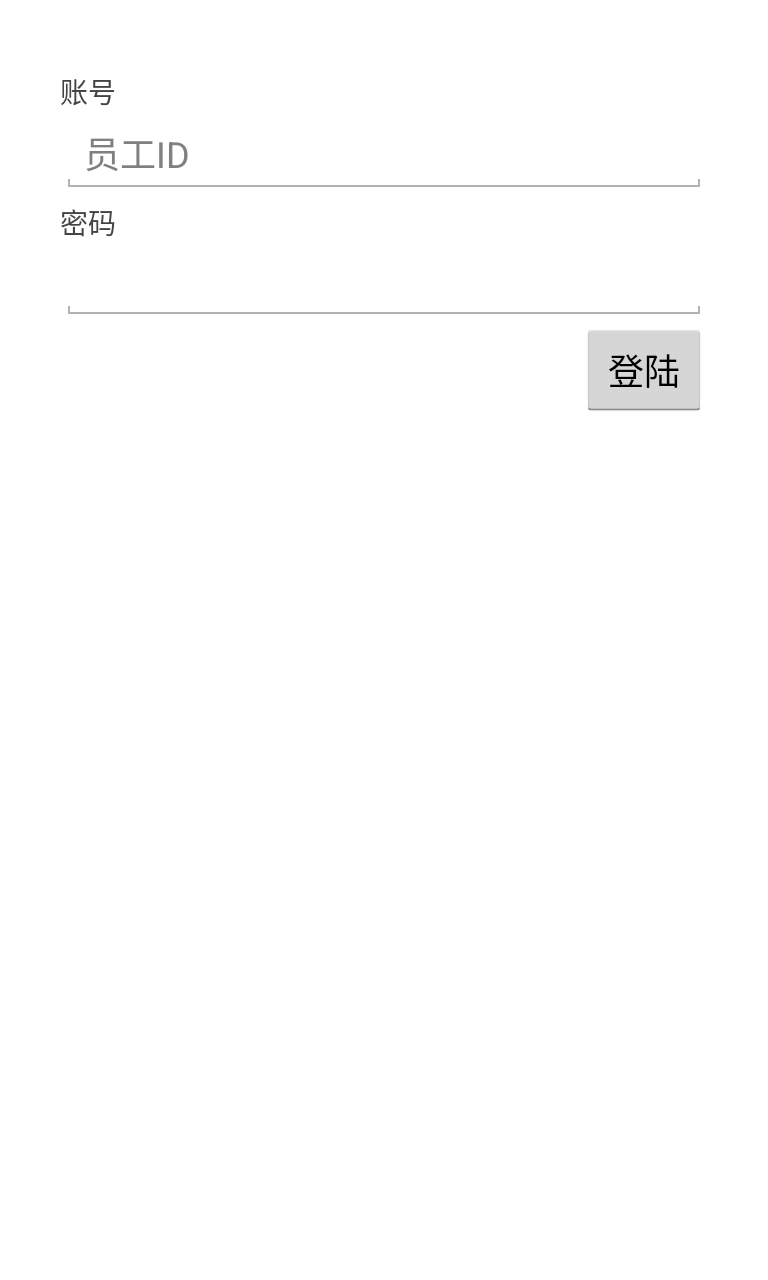
Repository: berserklee/android_dev
Layout: TourGuidesAssist/res/layout/login_activity_layout.xml
An editor plug-in stored every save of this project. The layout is shown before and after the next save, followed by the edit.
It is drawn on a 768 x 1280 px phone screen (xhdpi) without system bars, with theme AppTheme; the app's code is not run.

Above is the layout before, as saved 2015-04-28 16:43:49.

### TourGuidesAssist/res/layout/login_activity_layout.xml
<?xml version="1.0" encoding="utf-8"?>
<LinearLayout xmlns:android="http://schemas.android.com/apk/res/android"
    android:layout_width="match_parent"
    android:layout_height="match_parent"
    android:orientation="vertical" >

    <include layout="@layout/login_div" />"
</LinearLayout>

### TourGuidesAssist/res/values/styles.xml
<resources>

    <!--
        Base application theme, dependent on API level. This theme is replaced
        by AppBaseTheme from res/values-vXX/styles.xml on newer devices.
    -->
    <style name="AppBaseTheme" parent="android:Theme.Light">
        <!--
            Theme customizations available in newer API levels can go in
            res/values-vXX/styles.xml, while customizations related to
            backward-compatibility can go here.
        -->
    </style>

    <!-- Application theme. -->
    <style name="AppTheme" parent="AppBaseTheme">
        <!-- All customizations that are NOT specific to a particular API-level can go here. -->
    </style>
	<style name="normalText" parent="@android:style/TextAppearance">
	       <item name="android:textColor">#444</item>
	        <item name="android:textSize">14sp</item>
	</style>
</resources>

### TourGuidesAssist/res/layout/login_div.xml
<?xml version="1.0" encoding="utf-8"?>
<RelativeLayout xmlns:android="http://schemas.android.com/apk/res/android"
    android:id="@+id/login_div"
    android:layout_width="fill_parent"
    android:layout_height="wrap_content"
    android:padding="15dp"
    android:layout_margin="15dp"
    android:background="@drawable/bg_login_div" >


    <TextView
        android:id="@+id/login_user_input"
        android:layout_width="wrap_content"
        android:layout_height="wrap_content"
        android:layout_alignParentTop="true"
        android:layout_marginTop="5dp"
        android:text="@string/login_label_username"
        style="@style/normalText"/>
    <EditText
        android:id="@+id/username_edit"
        android:layout_width="fill_parent"
        android:layout_height="wrap_content"
        android:hint="@string/login_username_hint"
        android:layout_below="@id/login_user_input"
        android:singleLine="true"
        android:inputType="text"/>

    <TextView
        android:id="@+id/login_password_input"
        android:layout_width="wrap_content"
        android:layout_height="wrap_content"
        android:layout_below="@id/username_edit"
        android:layout_marginTop="3dp"
        android:text="@string/login_label_password"
        style="@style/normalText"/>
    <EditText
        android:id="@+id/password_edit"
        android:layout_width="fill_parent"
        android:layout_height="wrap_content"
        android:layout_below="@id/login_password_input"
        android:singleLine="true"
        android:inputType="textPassword" />

    <Button
        android:id="@+id/signin_button"
        android:layout_width="wrap_content"
        android:layout_height="wrap_content"
        android:layout_below="@id/password_edit"
        android:layout_alignRight="@id/password_edit"
        android:text="@string/login_label_signin"  />
    <!--
        android:background="@drawable/blue_button" />
    -->
</RelativeLayout>

### TourGuidesAssist/res/drawable-hdpi/bg_login_div.xml
<?xml version="1.0" encoding="utf-8"?>
<shape xmlns:android="http://schemas.android.com/apk/res/android" >
    <solid android:color="#55FFFFFF"/>
	<corners android:topLeftRadius="10dp" android:topRightRadius="10dp" android:bottomLeftRadius="10dp" android:bottomRightRadius="10dp"/>
</shape>

### TourGuidesAssist/res/values/strings.xml
<resources>

    <string name="app_name">导游助手</string>
    <string name="login_label_username">账号</string>
    <string name="login_username_hint">员工ID</string>
    <string name="login_label_password">密码</string>
    <string name="login_label_signin">登陆</string>
</resources>

Loaded but not shown: TourGuidesAssist/res/values-v11/styles.xml (common file); TourGuidesAssist/res/values-v14/styles.xml (common file)

After the next save:
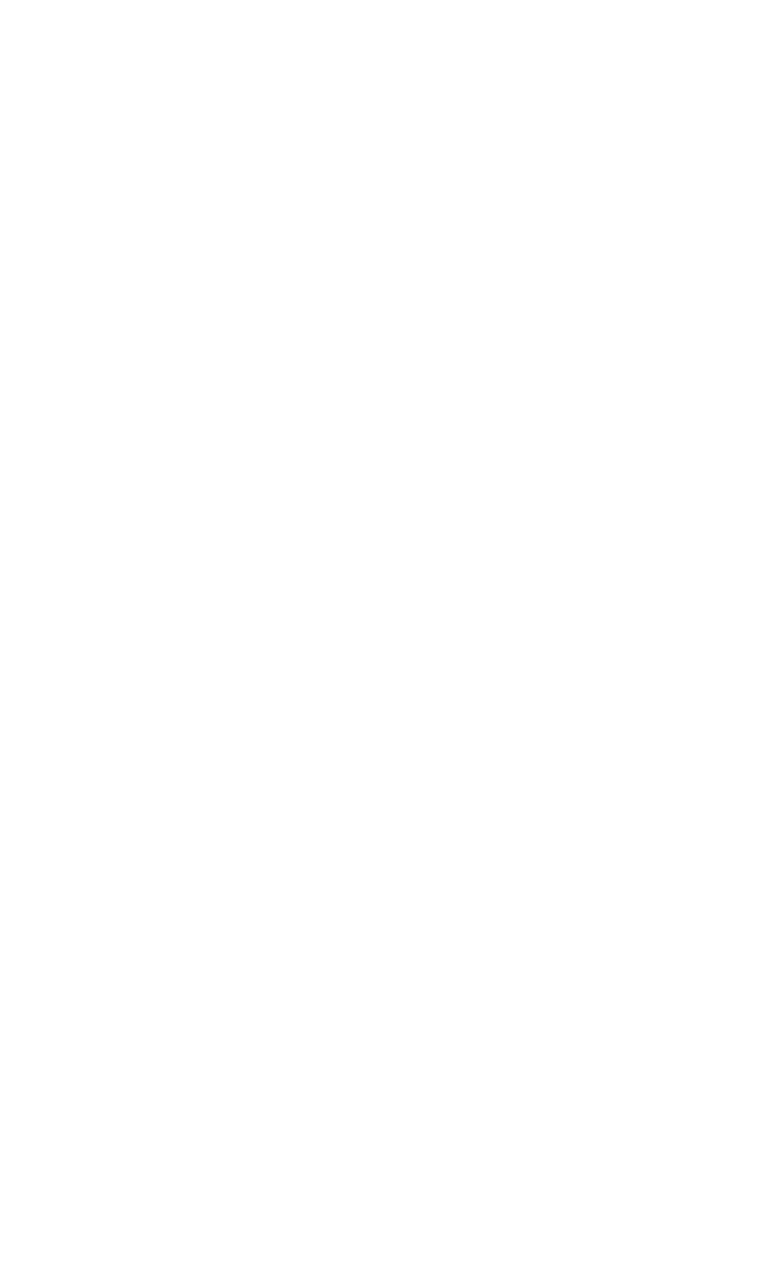
Saved 51 s later.
--- a/TourGuidesAssist/res/layout/login_activity_layout.xml
+++ b/TourGuidesAssist/res/layout/login_activity_layout.xml
@@ -4,5 +4,5 @@
     android:layout_height="match_parent"
     android:orientation="vertical" >
 
-    <include layout="@layout/login_div" />"
+    "
 </LinearLayout>

After the save that followed:
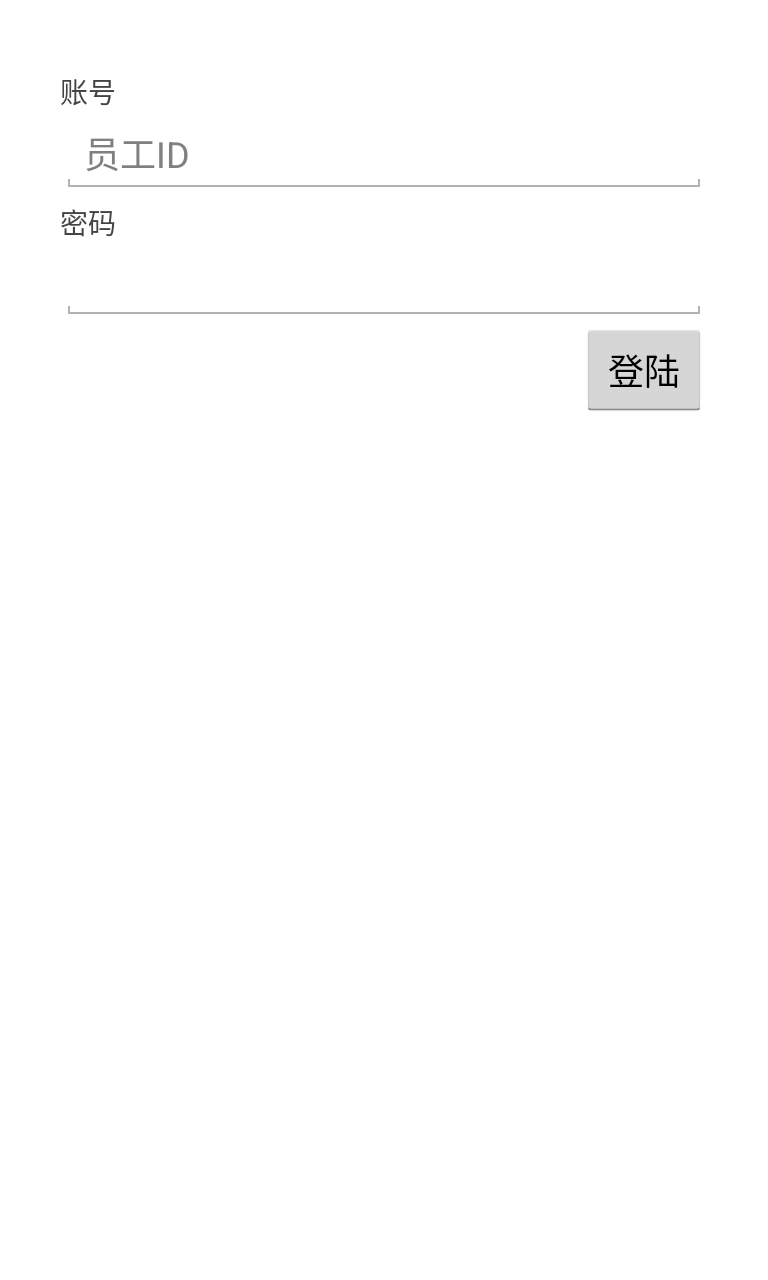
Saved 19 s later.
--- a/TourGuidesAssist/res/layout/login_activity_layout.xml
+++ b/TourGuidesAssist/res/layout/login_activity_layout.xml
@@ -4,5 +4,5 @@
     android:layout_height="match_parent"
     android:orientation="vertical" >
 
-    "
+    <include layout="@layout/login_div" />"
 </LinearLayout>
